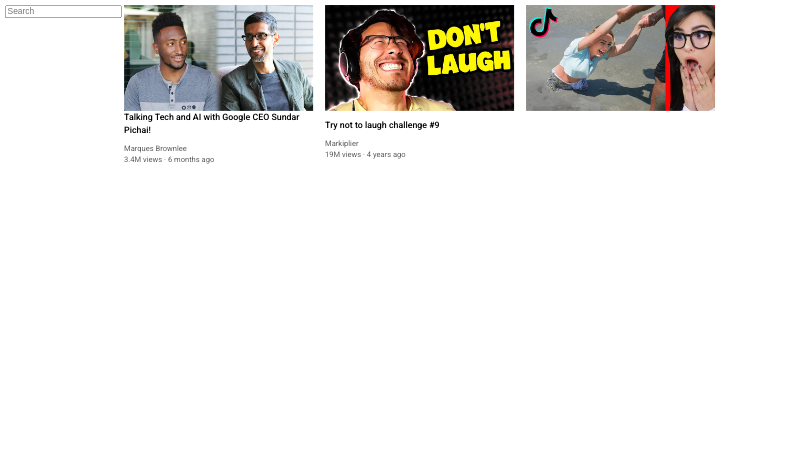
Repository: knowledgeAlan/html-css-thirteen
Page: youtube.html
An editor plug-in stored every save of this project. The page is shown before and after the next save, followed by the edit.
The browser window is 1280 px wide. The pictures show the whole page, at 63% of full size.

Above is the page before, as saved 2024-03-13 18:48:57.

### youtube.html
<!DOCTYPE html>
<html>

<head>
    <title>Youtube.com Clone</title>

    <link rel="preconnect" href="https://fonts.googleapis.com">
    <link rel="preconnect" href="https://fonts.gstatic.com" crossorigin>
    <link href="https://fonts.googleapis.com/css2?family=Roboto:wght@400;500;700&display=swap" rel="stylesheet">
    <style >

        p {
            font-family: Roboto,Arial;
            margin-top: 0;
            margin-bottom: 0;
        }
        .thumbnail {
            width: 300px;
            display: block;
        }

        .search-bar{

            display: block;
        }

        .video-title {
            margin-top: 0;
            font-size: 14px;
            font-weight: 500;
            line-height: 20px;
            margin-bottom: 12px;
        }

        .video-preview {

            width: 300px;
            display: inline-block;
            vertical-align: top;
            margin-right: 15px;
        }

        .channel-picture {
            display:  inline-block;
            width: 50px;
            vertical-align: top;

        }

        .thumbnail-row{
            margin-bottom: 12px;
        }

        .video-author,.video-stats {
            font-size: 12px;
            color: rgb(96, 96, 96);
        }


        .video-author{
            margin-bottom: 4px;
        }

    </style>

    <body>



        <input class="searh-bar" type="text" placeholder="Search">


        <div class="video-preview">

            <img class="thumbnail" src="thumbnails/thumbnail.png" alt="Dinosaur"/>

            <p class="video-title">
                Talking Tech and AI with Google CEO Sundar Pichai!
            </p>

            <p class="video-author">
                Marques Brownlee
            </p>

            <p class="video-stats">
                3.4M views &#183; 6 months ago
            </p>
        </div>


        <div class="video-preview">

            <div class="thumbnail-row">
                <img class="thumbnail" src="thumbnails/thumbnail-2.webp" alt="zdd">
            </div>

            <div class="video-info">
                <p class="video-title">
                    Try not to laugh challenge #9
                </p>

                <p class="video-author">
                       Markiplier
                </p>

                <p class="video-stats">
                    19M views &#183; 4 years ago
                </p>

            </div>
        </div>

        <div class="video-preview">
            <div class="thumbnail-row">
                    <img class="thumbnail" src="thumbnails/thumbnail-3.webp">
            </div>



        </div>
    </body>
</head>
</html>

### styles/general.css
p{
    font-family: Roboto,Arial;
    margin-top: 0;
    margin-bottom: 0;
}

body{
    margin: 0;
}

### styles/header.css
.header {
    height: 55px;
    display: flex;
    flex-direction: row;
    justify-content: space-between;


}


.left-section {

    display: flex;
    align-items: center;
}

.hamburger-menu {

    height: 24px;
    margin-left: 24px;
    margin-right: 24px;
}


.youtube-logo {
    height: 20px ;
}

.midlle-section {
    flex: 1;
    margin-left: 70px;
    margin-right:  35px;
    max-width: 500px;
    display: flex;
    align-items: center;
}

.search-bar{
    flex: 1;
    height: 36px;
    padding-left: 10px;
    font-size: 16px;
    border-width: 1px;
    border-style: solid;
    border-color: rgb(192, 192, 192);
    border-radius: 2px;
    box-shadow: inset 1px 2px 3px rgba(0, 0, 0, 0.05);
    width: 0;

}



.search-bar::placeholder {
    font-family: Roboto,Arial;
    font-size: 16px;
}


.search-button{
    height: 40px;
    width: 66px;
    background-color: rgb(240, 240, 240);
    border-width: 1px;
    border-style: solid;
    border-color: rgb(192, 192, 192);
    margin-left: -1px;
    margin-right: 10px;
}


.search-icon {
    height: 25px;
    margin-top: 4px;
}


.voice-search-button{
    height: 40px;
    width: 40px;
    border-radius: 20px;
    border: none;
    background-color: rgb(245, 245, 245);
}


.video-search-icon {
    height: 24px;
    width: 40px;
    border-radius: 20px;
    border: none;
    background-color: rgb(245, 245, 245);
}

.right-section {
    width: 180px;
    margin-right: 20px;
    display: flex;
    align-items: center;
    justify-content: space-between;
    flex-shrink: 0;

}

.upload-icon {
    height: 24px;
}

.youtube-apps-icon{
    height: 24px;
}


.notifications-icon {
    height: 24px;
}

.current-user-picture {
    height: 32px;
    border-radius: 16px ;
}

### styles/video.css
.thumbnail{
    width: 100%;
}

.video-title {
    margin-top: 0;
    font-size: 14px;
    font-weight: 500px ;
    line-height: 20px;
    margin-bottom: 12px;
}


.video-info-grid {
    display: grid;
    grid-template-columns: 50px 1fr;
}


.profile-picture{
    width: 40px;
    border-radius: 50px;
}


.thumbnail-row {
    margin-bottom: 12px;
}

.video-author,.video-stats {
    font-size: 12px;
    color: rgb(96, 96, 96);
}

.video-author {
    margin-bottom: 4px;
}

.video-grid{
    display: grid;
    grid-template-columns: 1fr 1fr 1fr;
    column-gap: 16px;
    row-gap: 40px;
}

After the next save:
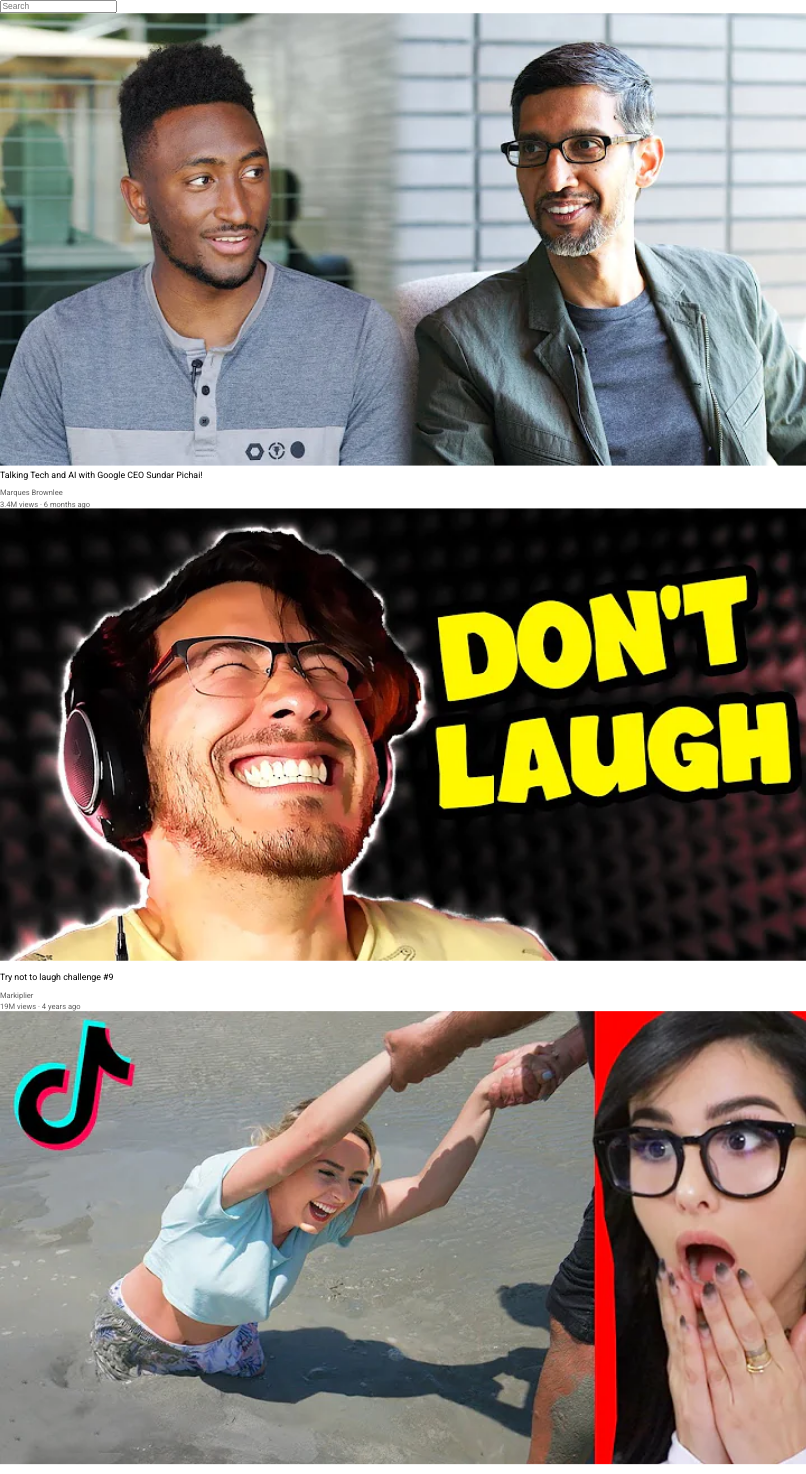
Saved 70 s later.
--- a/youtube.html
+++ b/youtube.html
@@ -7,61 +7,10 @@
     <link rel="preconnect" href="https://fonts.googleapis.com">
     <link rel="preconnect" href="https://fonts.gstatic.com" crossorigin>
     <link href="https://fonts.googleapis.com/css2?family=Roboto:wght@400;500;700&display=swap" rel="stylesheet">
-    <style >
 
-        p {
-            font-family: Roboto,Arial;
-            margin-top: 0;
-            margin-bottom: 0;
-        }
-        .thumbnail {
-            width: 300px;
-            display: block;
-        }
-
-        .search-bar{
-
-            display: block;
-        }
-
-        .video-title {
-            margin-top: 0;
-            font-size: 14px;
-            font-weight: 500;
-            line-height: 20px;
-            margin-bottom: 12px;
-        }
-
-        .video-preview {
-
-            width: 300px;
-            display: inline-block;
-            vertical-align: top;
-            margin-right: 15px;
-        }
-
-        .channel-picture {
-            display:  inline-block;
-            width: 50px;
-            vertical-align: top;
-
-        }
-
-        .thumbnail-row{
-            margin-bottom: 12px;
-        }
-
-        .video-author,.video-stats {
-            font-size: 12px;
-            color: rgb(96, 96, 96);
-        }
-
-
-        .video-author{
-            margin-bottom: 4px;
-        }
-
-    </style>
+    <link rel="stylesheet" href="styles/general.css">
+    <link rel="stylesheet" href="styles/header.css">
+    <link rel="stylesheet" href="styles/video.css">
 
     <body>
 
